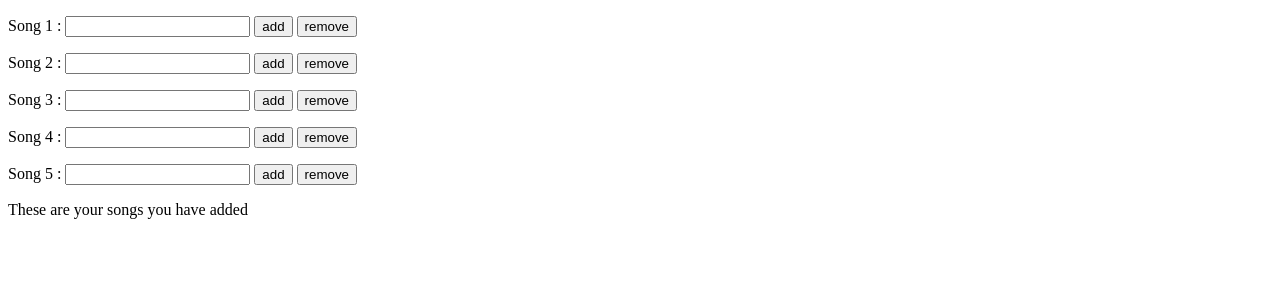
Repository: Kushal18/referesher_assignment1
Page: Html5/WebContent/localStorage.html
These files come from the project's save history. The page is drawn as it stood at one moment and after the next save; the edit follows.
The browser window is 1280 px wide. The pictures show the whole page.

Above is the page before, as saved 2016-09-17 10:38:59.

After the next save:
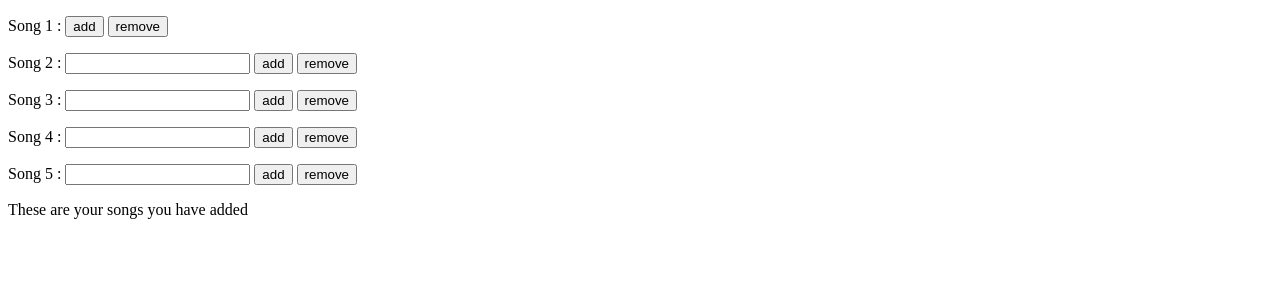
Saved 46 s later.
--- a/Html5/WebContent/localStorage.html
+++ b/Html5/WebContent/localStorage.html
@@ -4,7 +4,7 @@
 My Music Play List
 </title>
 <body>
-<p>Song 1 : <input type="text" id="song1"> <input type = "button" value="add" >
+<p>Song 1 :  <input type = "button" value="add" >
 <input type = "button" value="remove" ></p>
 <p>Song 2 : <input type="text" id="song1"> <input type = "button" value="add" >
 <input type = "button" value="remove" ></p>
